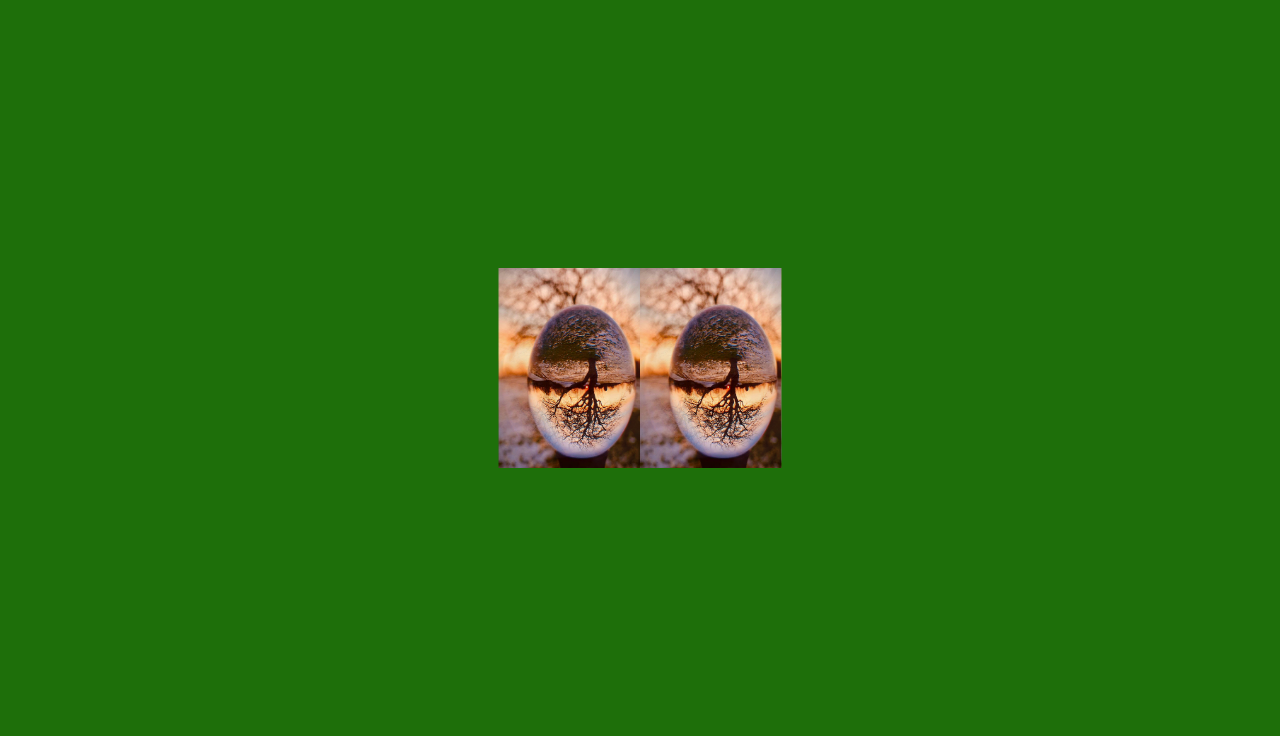
Repository: SavvyChic42/Rotating-3D-Image-Previewer-Cube-using-CSS
Page: index.html
An editor plug-in stored every save of this project. The page is shown before and after a run of saves, followed by the edit.
The browser window is 1280 px wide. The pictures show the whole page.

Above is the page before, as saved 2024-06-19 14:33:23.

### index.html
<!DOCTYPE html>
<html lang="en">

<head>
	<meta charset="UTF-8">
	<meta http-equiv="X-UA-Compatible" content="IE=edge">

	<meta name="viewport" content=
		"width=device-width, initial-scale=1.0">

	<link rel="stylesheet" href="style.css">
</head>

<body>
	<div class="cube">

		<!-- Creating 6 divs for each face of the cube -->

		<div class="box box1">
			<img src=
"theme.jpg"
				alt="image 1">
		</div>

		<div class="box box2">
			<img src=
"theme.jpg"
				alt="image 2">
		</div>

		<div class="box box3">
			<img src=
"theme.jpg"
				alt="image 3">
		</div>

		<div class="box box4">
			<img src=
"theme.jpg"
				alt="image 4">
		</div>

		<div class="box box5">
			<img src=
"theme.jpg"
				alt="image 5">
		</div>

		<div class="box box6">
			<img src=
"theme.jpg"
				alt="image 6">
		</div>
	</div>
</body>

</html>

### style.css
/* CSS for general styling */
body {
	display: flex;
	height: 100vh;
	justify-content: center;
	align-items: center;
	background: #1e6f0a;
}

.cube {
	width: 200px;
	height: 200px;
	position: relative;
	transform-style: preserve-3d;
	animation: rotate 10s linear infinite;
}

img {
	width: 100%;
	height: 100%;
	object-fit: cover;
}

.box {
	width: 100%;
	height: 100%;
	position: absolute;
	top: 0;
	left: 0;
	opacity: 0.9;
}

/* Applying styles to each face */
.box1 {
	transform: translateZ(100px);
}

.box2 {
	transform: rotateY(90deg) translateX(100px);
	transform-origin: right;
}

.box3 {
	transform: rotateY(180deg) translateZ(100px);
}

.box4 {
	transform: rotateY(-90deg) translateX(-100px);
	transform-origin: left;
}

.box5 {
	transform: rotateX(-90deg) translateY(-100px);
	transform-origin: top;
}

.box6 {
	transform: rotateX(90deg) translateY(100px);
	transform-origin: bottom;
}

/* Animating the elements */
@keyframes rotate {
	0%,
	100% {
		transform: rotate(0deg);
	}
	20% {
		transform: rotateY(90deg) rotateZ(90deg);
	}
	40% {
		transform: rotateY(180deg) rotateZ(-90deg);
	}
	60% {
		transform: rotateY(270deg) rotateZ(90deg);
	}
	80% {
		transform: rotateY(360deg) rotateZ(-90deg);
	}
}

After the next 2 saves:
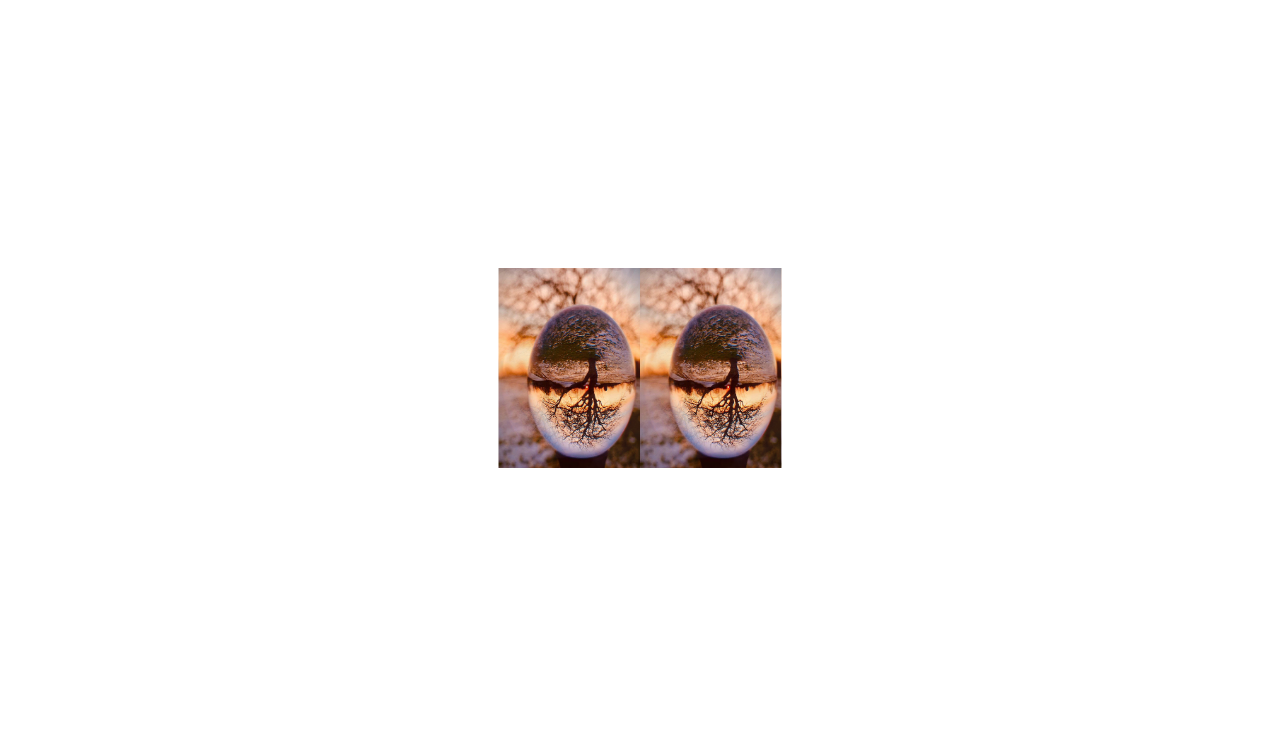
The 2 saves are shown as one change because they came seconds apart.
The last was saved 38 s later.
--- a/style.css
+++ b/style.css
@@ -4,7 +4,7 @@ body {
 	height: 100vh;
 	justify-content: center;
 	align-items: center;
-	background: #1e6f0a;
+	background: #00;
 }
 
 .cube {
